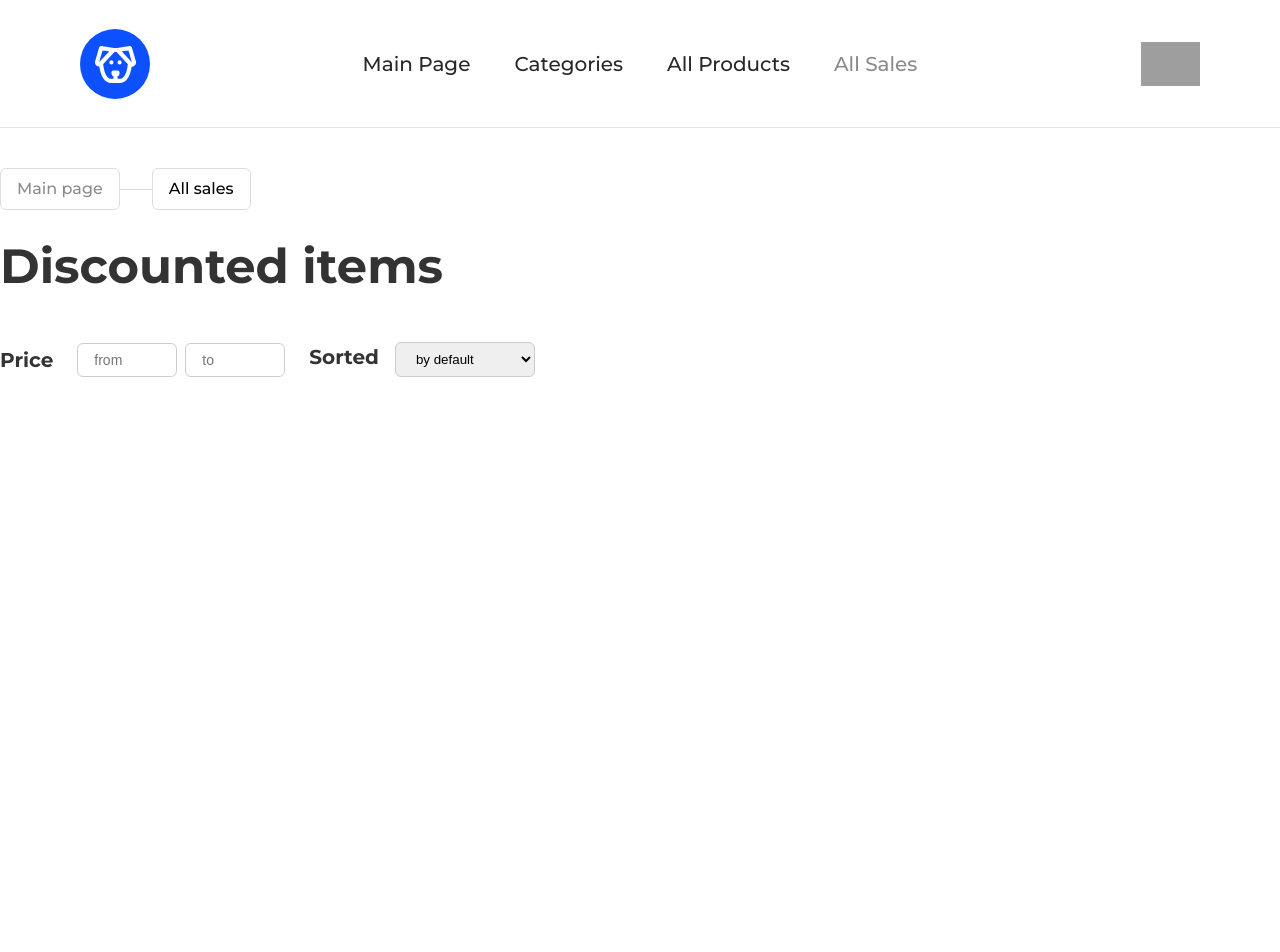
Repository: jursylian/PET-INTERNET-SHOP-PROJECT
Page: /discounts
These files come from the project's save history. The page is drawn as it stood at one moment and after the next save; the edit follows.
The browser window is 1280 px wide. The pictures show the part of the page from y = 0 to 952 px (the page is 1912 px tall).
Pictures or frames that could not be fetched are drawn as grey boxes. The page's requests for data from a server got no answer. The project was rebuilt for these pictures with package versions that can differ from the ones it lists, and the page was loaded fresh each time. No one was signed in, and anything a server would have sent is missing. Also part of the build but not shown: vite.config.js, src/components/Categories/Categories.module.css, src/components/Categories/Categories.jsx, src/components/PromoBanner/PromoBanner.module.css, src/components/PromoBanner/PromoBanner.jsx, src/ui/Input/Input.module.css, src/ui/Input/Input.jsx, src/ui/Button/Button.module.css and 29 more.

Above is the page before, as saved 2025-11-06 19:07:43.

After the next save:
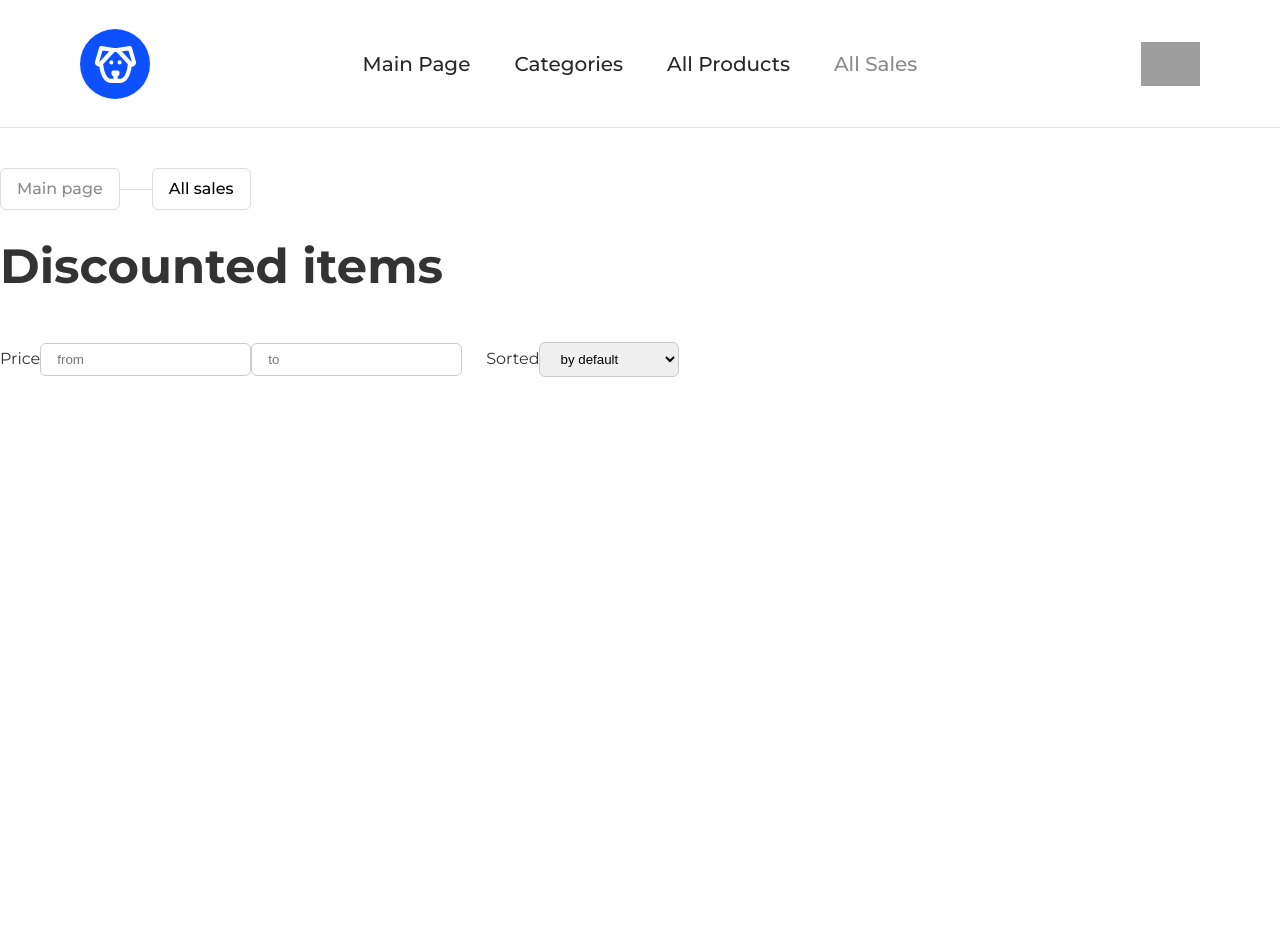
Saved 15 s later.
--- a/src/components/ProductFilter/ProductFilter.jsx
+++ b/src/components/ProductFilter/ProductFilter.jsx
@@ -7,51 +7,44 @@ const ProductFilters = ({ showDiscountCheckbox = true }) => {
   const dispatch = useDispatch();
 
   return (
-    <form className={styles.filters} onSubmit={(e) => e.preventDefault()}>
-      {/* Price range */}
-      <div className={styles.filterPriceGroup}>
-        <label className={styles.filterLabel}>Price</label>
+    <div className={styles.filters}>
+      <div className={styles.priceGroup}>
+        <label className={styles.labelName}>Price</label>
         <input
           type="number"
           placeholder="from"
           value={filters.priceFrom}
           onChange={(e) => dispatch(setFilters({ priceFrom: e.target.value }))}
-          className={styles.filterInput}
+          className={styles.priceInput}
         />
         <input
           type="number"
           placeholder="to"
           value={filters.priceTo}
           onChange={(e) => dispatch(setFilters({ priceTo: e.target.value }))}
-          className={styles.filterInput}
+          className={styles.priceInput}
         />
       </div>
 
-      {/* Discounted items */}
       {showDiscountCheckbox && (
-        <div className={styles.filterCheckboxGroup}>
-          <label className={styles.filterLabel}>
-            Discounted items
-            <input
-              aria-label="Show only discounted items"
-              className={styles.checkbox}
-              type="checkbox"
-              checked={filters.discountOnly}
-              onChange={() =>
-                dispatch(setFilters({ discountOnly: !filters.discountOnly }))
-              }
-            />
-          </label>
+        <div className={styles.filterGroup}>
+          <label className={styles.labelName}>Discounted items</label>
+          <input
+            className={styles.checkbox}
+            type="checkbox"
+            checked={filters.discountOnly}
+            onChange={() =>
+              dispatch(setFilters({ discountOnly: !filters.discountOnly }))
+            }
+          />
         </div>
       )}
 
-      {/* Sort selector */}
-      <div className={styles.filterSortGroup}>
-        <label className={styles.filterLabel}>Sorted</label>
+      <div>
+        <label className={styles.labelName}>Sorted</label>
         <select
           value={filters.sort}
           onChange={(e) => dispatch(setFilters({ sort: e.target.value }))}
-          className={styles.filterSelect}
         >
           <option value="default">by default</option>
           <option value="newest">newest</option>
@@ -59,7 +52,7 @@ const ProductFilters = ({ showDiscountCheckbox = true }) => {
           <option value="price-low">price: low-high</option>
         </select>
       </div>
-    </form>
+    </div>
   );
 };
 

After the save that followed:
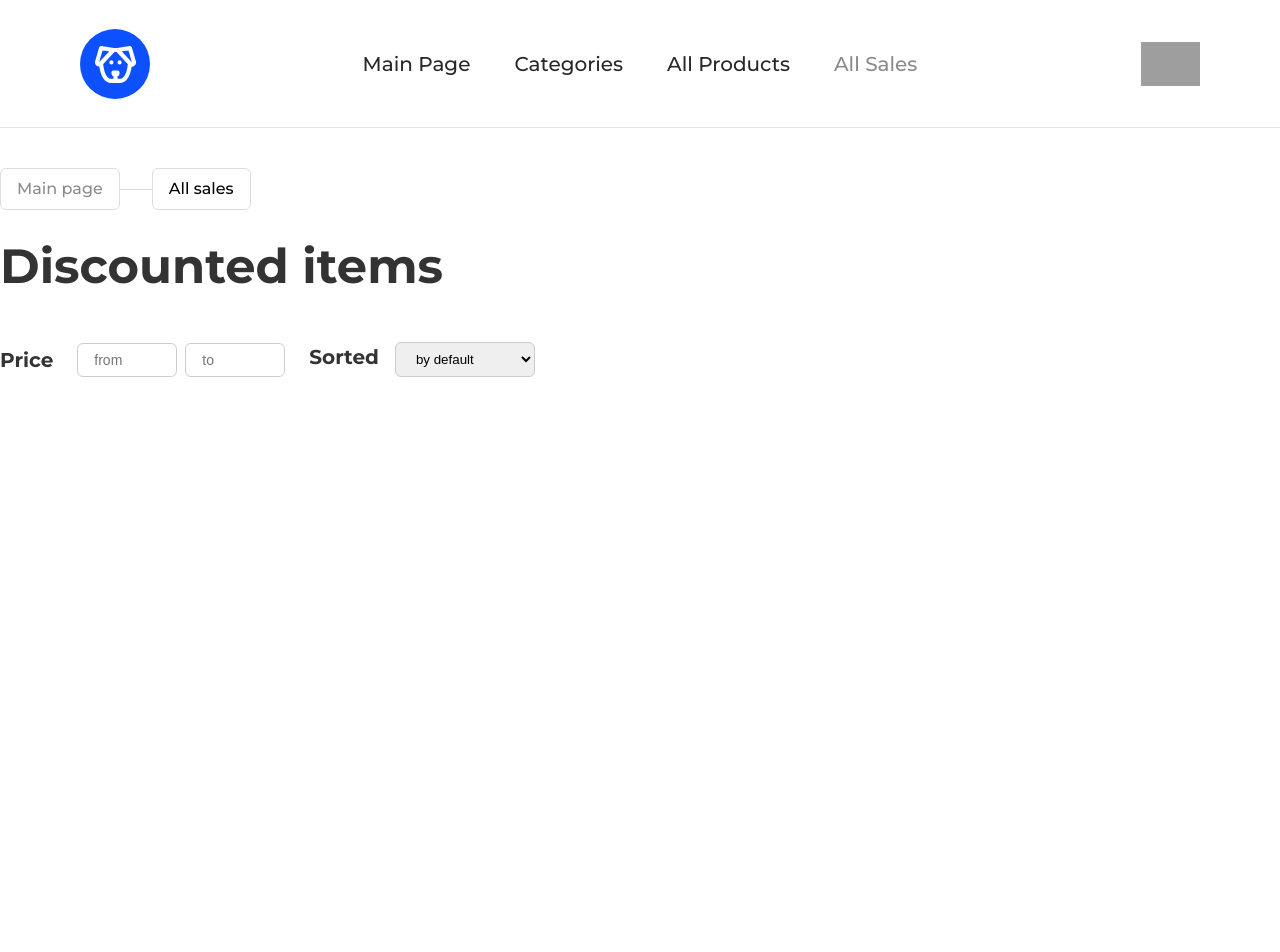
Saved 13 s later.
--- a/src/components/ProductFilter/ProductFilter.module.css
+++ b/src/components/ProductFilter/ProductFilter.module.css
@@ -12,19 +12,19 @@
   border-radius: 6px;
 }
 
-.filterPriceGroup {
+.priceGroup {
   display: flex;
   align-items: center;
   gap: 8px;
 }
 
-.filterInput {
+.priceInput {
   width: 100px;
   padding: 6px 12px;
   font-size: 14px;
 }
 
-.filterCheckboxGroup {
+.filterGroup {
   display: flex;
   align-items: center;
   gap: 1px;
@@ -36,7 +36,8 @@
   font-weight: 700;
   font-style: Bold;
   font-size: 64px;
-  line-height: 110%;
+
+  line-height: 110.00000000000001%;
   letter-spacing: 0%;
   margin-bottom: 40px;
 }
@@ -47,6 +48,7 @@
   height: 32px;
   border: 2px solid #ccc;
   border-radius: 6px;
+
   cursor: pointer;
   position: relative;
 }
@@ -63,8 +65,7 @@
   transform: rotate(45deg);
 }
 
-/* === Названия фильтров === */
-.filterLabel {
+.labelName {
   font-weight: 600;
   font-style: SemiBold;
   font-size: 20px;
